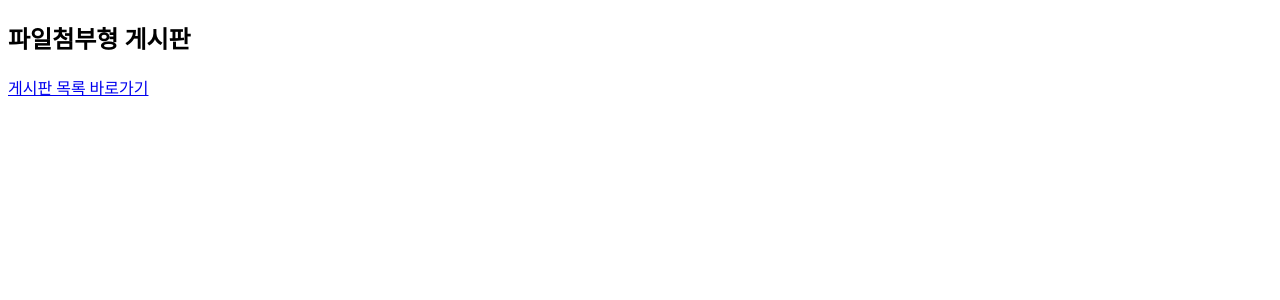
Repository: bhj305/JSP_Bulletin_Board
Page: http://localhost/BulletinBoard/14MVCBoard/Default.jsp
An editor plug-in stored every save of this project. The page is shown before and after the next save, followed by the edit.
The browser window is 1280 px wide. The pictures show the whole page.
The page is served by Tomcat 10. Other server files are loaded and not shown.

Above is the page before, as saved 2025-05-17 03:34:33.

### BulletinBoard/src/main/webapp/14MVCBoard/Default.jsp
<%@ page language="java" contentType="text/html; charset=UTF-8"
    pageEncoding="UTF-8"%>
<!DOCTYPE html>
<html>
	<head>
		<meta charset="UTF-8">
		<title>메인페이</title>
	</head>
	<body>
		<h2>파일첨부형 게시판</h2>
		<a href="../mvcboard/list.do">게시판 목록 바로가기</a>
	</body>
</html>

### BulletinBoard/src/main/webapp/Common/Link.jsp
<%@ page language="java" contentType="text/html; charset=UTF-8"
    pageEncoding="UTF-8"%>
<!DOCTYPE html>
<html>
	<head>
		<meta charset="UTF-8">
		<title>메인페이지</title>
	<!-- bootstrap  -->
	<link rel="stylesheet" href="https://maxcdn.bootstrapcdn.com/bootstrap/3.4.1/css/bootstrap.min.css">
	      <script src="https://ajax.googleapis.com/ajax/libs/jquery/3.7.1/jquery.min.js"></script>
	      <script src="https://maxcdn.bootstrapcdn.com/bootstrap/3.4.1/js/bootstrap.min.js"></script>
	      <link rel="stylesheet" href="https://cdnjs.cloudflare.com/ajax/libs/font-awesome/4.7.0/css/font-awesome.min.css">
	</head>
	<body>

	</body>
</html>

After the next save:
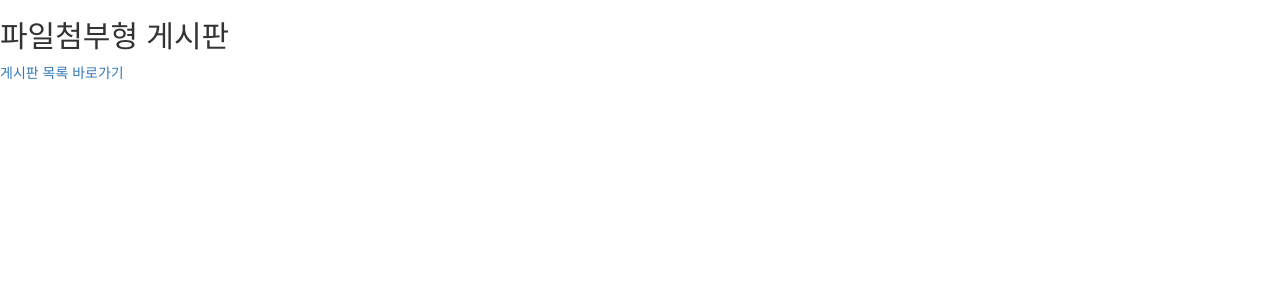
Saved 52 s later.
--- a/BulletinBoard/src/main/webapp/14MVCBoard/Default.jsp
+++ b/BulletinBoard/src/main/webapp/14MVCBoard/Default.jsp
@@ -7,6 +7,7 @@
 		<title>메인페이</title>
 	</head>
 	<body>
+		<jsp:include page="../Common/Link.jsp"></jsp:include>
 		<h2>파일첨부형 게시판</h2>
 		<a href="../mvcboard/list.do">게시판 목록 바로가기</a>
 	</body>
